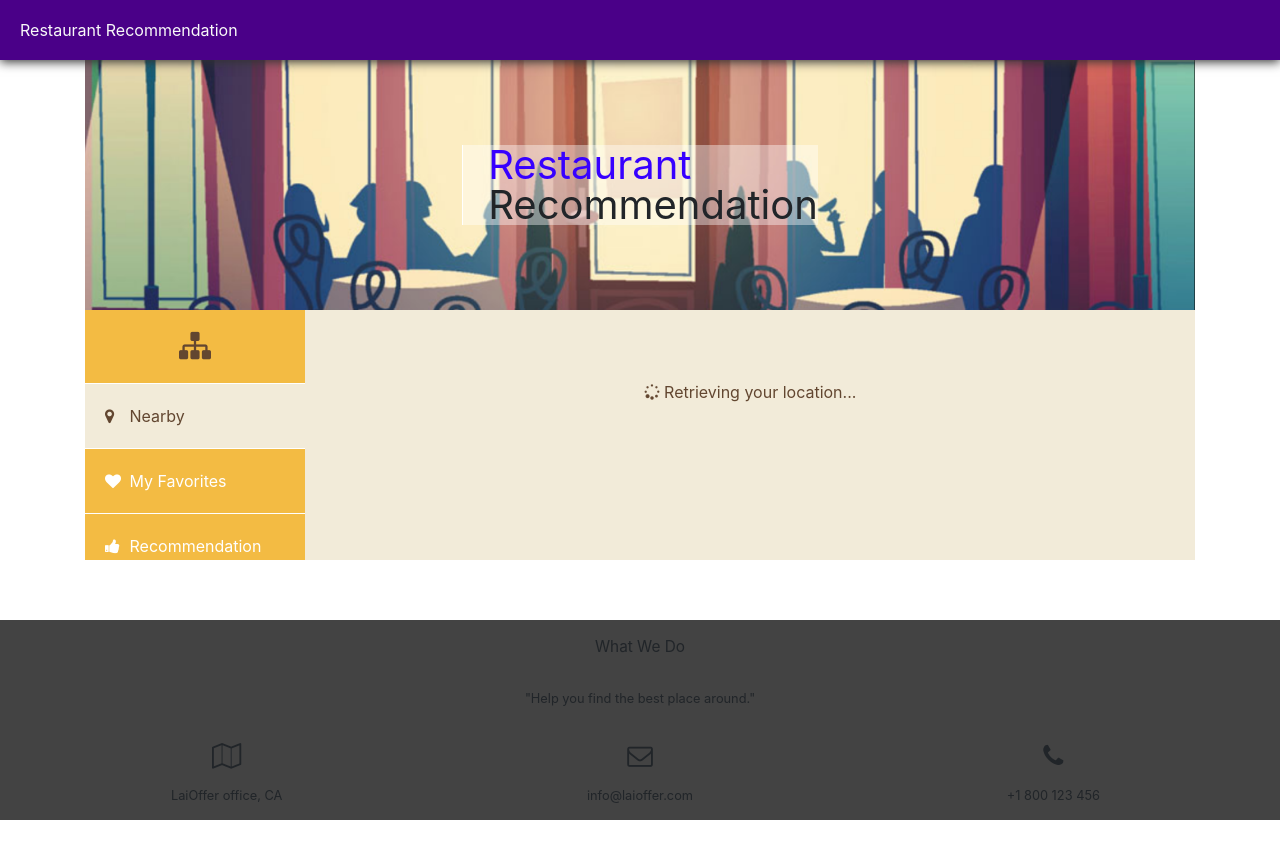
Repository: bchenSyr/restaurant-recommend
Page: http://localhost/YelpRecommend/
The author's editor kept a copy of each file at every save. The page is drawn from the files as they stood at one save, then again after the next save.
The browser window is 1280 px wide. The pictures show the whole page.
Some web libraries are served in a nearby version. The page is served by Tomcat 9.

Above is the page before, as saved 2018-09-17 06:38:19.

After the next save:
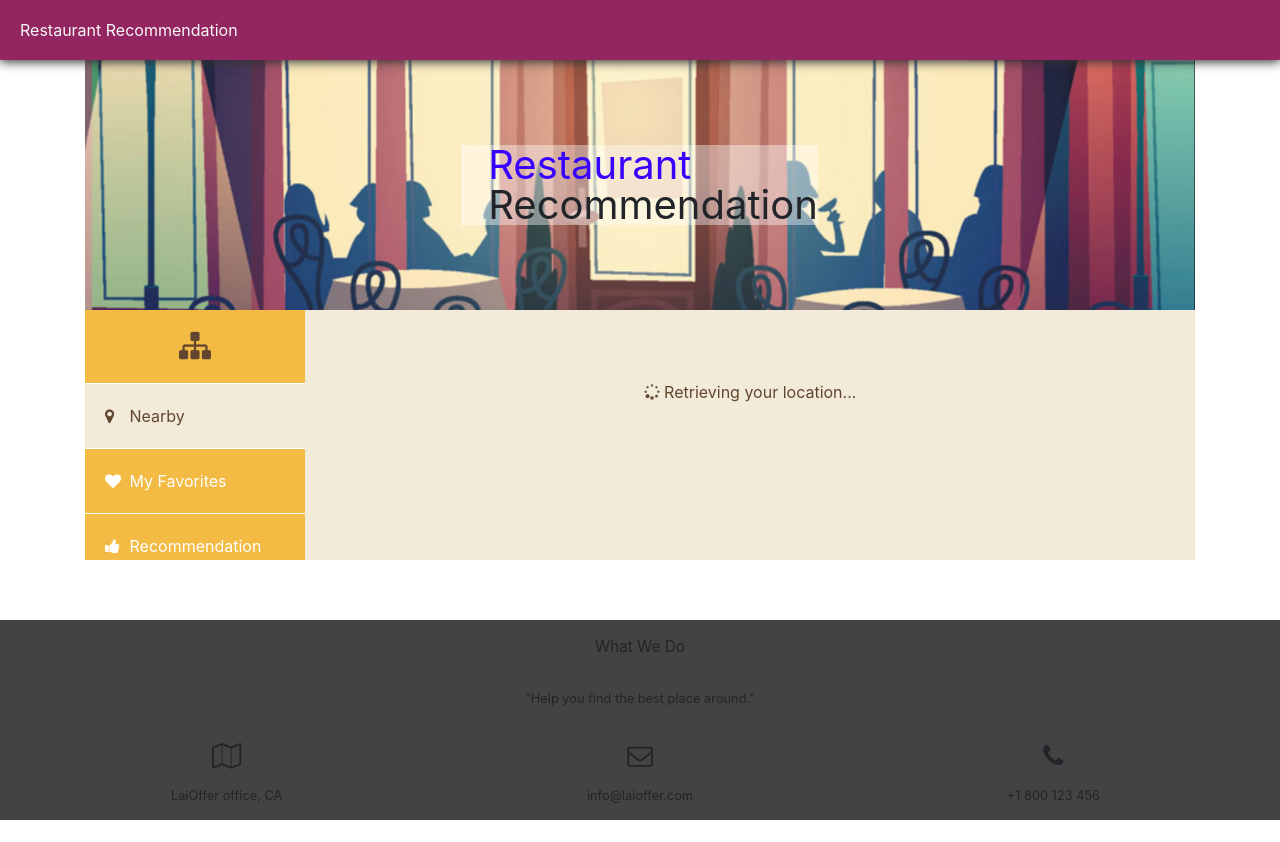
Saved 48 s later.
--- a/YelpRecommend/WebContent/styles/main.css
+++ b/YelpRecommend/WebContent/styles/main.css
@@ -22,7 +22,7 @@ ul {
 .top-header {
 	align-items: center;
 	/* background: #DF574B; */
-	background: #4a0088;
+	background: rgba(136, 14, 79, 0.9);
 	box-shadow: 0px 2px 10px #333333;
 	display: flex;
 	height: 60px;
